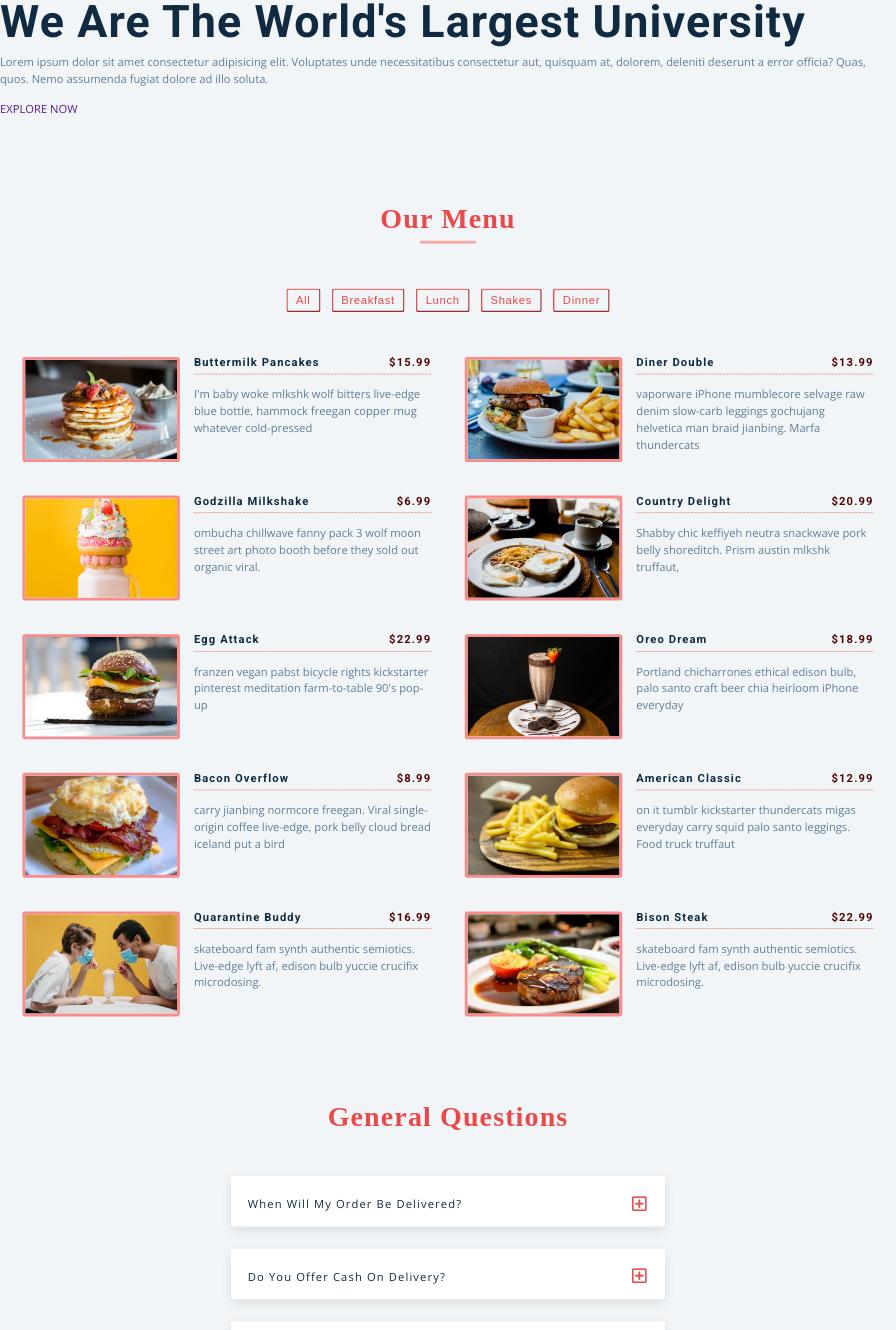
Repository: xoshiraghavx/Food-you
Page: index.html
An editor plug-in stored every save of this project. The page is shown before and after the next save, followed by the edit.
The browser window is 1280 px wide. The pictures show the part of the page from y = 720 to 2620 px (the page is 2973 px tall before and 3327 px after), at 70% of full size.
Some web libraries are served in a nearby version.

Above is the page before, as saved 2022-12-03 09:08:24.
Not found: img/aboutuniversity.jpg

### index.html
<!DOCTYPE html>
<html lang="en">
  <head>
    <meta charset="UTF-8" />
    <meta name="viewport" content="width=device-width, initial-scale=1.0" />
    <title>interior design</title>
    <!-- font-awesome -->
    <link
      rel="stylesheet"
      href="https://cdnjs.cloudflare.com/ajax/libs/font-awesome/5.14.0/css/all.min.css"
    />

    <!-- styles -->
    <link rel="stylesheet" href="styles.css" />
  </head>
  <body>
<nav>
  <div class="nav-center">
    <div class="nav-header">
      <div class="logo-div">
      <img src="./img/logo.png" alt="logo" class="logo">
      <div class="logo-name">
      <p><span id="color"><b>FOOD </b><br><i>& you</i></span></p>
    </div>
    </div>
      <button class="nav-toggle">
        <i class="fas fa-bars"></i>
      </button>
    </div>
    <!-- links -->
    <!-- <ul class="links">

      <li>
        <a href="index.html">home</a>
      </li>
      <li>
    </ul> -->
    <!-- social media -->
    <ul class="social-icons">
      <li>
        <a href="https://www.facebook.com">
          <i class="fab fa-facebook"></i>
        </a>
      </li>
      <li>
        <a href="https://www.twitter.com">
          <i class="fab fa-twitter"></i>
        </a>
      </li>
      <li>
        <a href="https://www.instagram.com">
          <i class="fab fa-instagram"></i>
        </a>
      </li>
      <li>
        <a href="https://www.linkedin.com">
          <i class="fab fa-linkedin"></i>
        </a>
      </li>
      <li>
        <a href="https://www.twitter.com">
          <i class="fab fa-sketch"></i>
        </a>
      </li>
    </ul>
  </div>
</nav>
<header class="hero">
  <div class="banner">
    <h2>Looking for some food!</h2>
    <button class="btn modal-btn">Order Now</button>
  </div>
</header>
<div class="modal-overlay">
  <div class="modal-container">
    <br>
    <h3>Title</h3>
    <p>Lorem ipsum dolor sit amet consectetur adipisicing elit. Illo deleniti eum mollitia distinctio! Nesciunt dolor minima animi esse officia! Recusandae? Lorem ipsum dolor sit amet consectetur, adipisicing elit. Aspernatur, hic.</p>
    <button class="close-btn">
      <i class="fas fa-times"> </i>
    </button>
  </div>
</div>
    <!-- -------about us content---------->
    <section class="about-us">
      <div class="row">
          <div class="about-col">
              <h1>We are the world's largest university</h1>
              <p>Lorem ipsum dolor sit amet consectetur adipisicing elit. Voluptates unde necessitatibus consectetur aut, quisquam at, dolorem, deleniti deserunt a error officia? Quas, quos. Nemo assumenda fugiat dolore ad illo soluta.</p>
              <a href="" class="hero-btn red-btn">EXPLORE NOW</a>
          </div>
          <div class="about-col">
              <img src="../img/aboutuniversity.jpg" alt="">
          </div>
      </div>
  </section>
<section class="menu">
  <div class="title">
    <h2>Our Menu</h2>
    <div class="underline"></div>
  </div>
  <div class="btn-container">
    <!-- <button class="filter-btn" type="button" data-id="all">all</button>
    <button class="filter-btn" type="button"data-id="breakfast">breakfast</button>
    <button class="filter-btn" type="button" data-id="lunch">lunch</button>
    <button class="filter-btn" type="button" data-id="shakes">shakes</button> -->
  </div>
    <div class="section-center">
      <!-- <article class="menu-item">
        <img src="./menu-item.jpeg" class="photo" alt="menu item">
        <div class="item-info">
          <header>
            <h4>buttermilk pancakes</h4>
            <h4 class="price">Rs 600/-</h4>
          </header>
          <p class="item-text">Lorem ipsum, dolor sit amet consectetur adipisicing elit. Dolore totam aliquid ut eius architecto magni cumque explicabo voluptate, repudiandae harum.</p>
        </div>
      </article> -->
    </div>
</section>
<section class="questions">
  <div class="title">
    <h2>general questions</h2>
  </div>
  <div class="question-center">
    <article class="question">
      <div class="question-title">
      <p>When will my order be delivered?</p>
      <button type="button" class="question-btn">
        <span class="plus-icon">
      <i class="far fa-plus-square"></i>
        </span>

        <span class="minus-icon">
      <i class="far fa-minus-square"></i>
        </span>

      </button>
    </div>
    <div class="question-text">
      <p>Estimated delivery are given against each products. While sincere efforts are being made to deliver the products within the given time frame factors like, availability, festive seasons, courier delays are bound to happen. These factors are constantly monitored to keep any inordinate delays under control.</p>
    </div>
    </article>
    <article class="question">
      <div class="question-title">
      <p>Do you offer Cash on Delivery?</p>
      <button type="button" class="question-btn">
        <span class="plus-icon">
      <i class="far fa-plus-square"></i>
        </span>

        <span class="minus-icon">
      <i class="far fa-minus-square"></i>
        </span>

      </button>
    </div>
    <div class="question-text">
      <p>Yes. We offer Cash on Delivery which most of the other websites don't offer.</p>
    </div>
    </article>
    <article class="question">
      <div class="question-title">
      <p>do you use organic indegridents?</p>
      <button type="button" class="question-btn">
        <span class="plus-icon">
      <i class="far fa-plus-square"></i>
        </span>

        <span class="minus-icon">
      <i class="far fa-minus-square"></i>
        </span>

      </button>
    </div>
    <div class="question-text">
      <p>We deliver the products that are fresh and systems are kept in place to source the best products and safely consign them to you. We don't stock the products but place once we receive orders.</p>
    </div>
    </article>
  </div>
</section>
<!-- --------footer--------- -->
<section class="footer">
  <h4 id="color">Food & you</h4>
  <p>Fulfill your comfort food cravings here.</p>
  <ul class="icons">
    <li>
      <a href="https://www.facebook.com">
        <i class="fab fa-facebook"></i>
      </a>
    </li>
    <li>
      <a href="https://www.twitter.com">
        <i class="fab fa-twitter"></i>
      </a>
    </li>
    <li>
      <a href="https://www.instagram.com">
        <i class="fab fa-instagram"></i>
      </a>
    </li>
    <li>
      <a href="https://www.linkedin.com">
        <i class="fab fa-linkedin"></i>
      </a>
    </li>
  </ul>
  <p>Made by <b id="color">oshi Raghav</b></p>
</section>
<!-- javascript -->
    <script src="app.js"></script>
  </body>
</html>

### styles.css
/*
===============
Fonts
===============
*/
@import url('https://fonts.googleapis.com/css?family=Open+Sans|Roboto:400,700&display=swap');

/*
===============
Variables
===============
*/

:root {
  /* dark shades of primary color*/
  --clr-primary-1: hsl(0, 86%, 17%);
  --clr-primary-2: hsl(0, 77%, 27%);
  --clr-primary-3: hsl(0, 72%, 37%);
  --clr-primary-4: hsl(0, 63%, 48%);
  /* primary/main color */
  --clr-primary-5: hsl(0, 78%, 60%);
  /* lighter shades of primary color */
  --clr-primary-6: hsl(0, 90%, 70%);
  --clr-primary-7: hsl(0, 90%, 76%);
  --clr-primary-8: hsl(0, 86%, 81%);
  --clr-primary-9: hsl(0, 90%, 88%);
  --clr-primary-10: hsl(0, 100%, 96%);
  /* darkest grey - used for headings */
  --clr-grey-1: hsl(209, 61%, 16%);
  --clr-grey-2: hsl(211, 39%, 23%);
  --clr-grey-3: hsl(209, 34%, 30%);
  --clr-grey-4: hsl(209, 28%, 39%);
  /* grey used for paragraphs */
  --clr-grey-5: hsl(210, 22%, 49%);
  --clr-grey-6: hsl(209, 23%, 60%);
  --clr-grey-7: hsl(211, 27%, 70%);
  --clr-grey-8: hsl(210, 31%, 80%);
  --clr-grey-9: hsl(212, 33%, 89%);
  --clr-grey-10: hsl(210, 36%, 96%);
  --clr-white: #fff;
  --clr-red-dark: hsl(360, 67%, 44%);
  --clr-red-light: hsl(360, 71%, 66%);
  --clr-green-dark: hsl(125, 67%, 44%);
  --clr-green-light: hsl(125, 71%, 66%);
  --clr-black: #222;
  --ff-primary: 'Roboto', sans-serif;
  --ff-secondary: 'Open Sans', sans-serif;
  --transition: all 0.3s linear;
  --spacing: 0.1rem;
  --radius: 0.25rem;
  --light-shadow: 0 5px 15px rgba(0, 0, 0, 0.1);
  --dark-shadow: 0 5px 15px rgba(0, 0, 0, 0.2);
  --max-width: 1170px;
  --fixed-width: 620px;
}
/*
===============
Global Styles
===============
*/

*,
::after,
::before {
  margin: 0;
  padding: 0;
  box-sizing: border-box;
}
body {
  font-family: var(--ff-secondary);
  background: var(--clr-grey-10);
  color: var(--clr-grey-1);
  line-height: 1.5;
  font-size: 0.875rem;
}
ul {
  list-style-type: none;
}
a {
  text-decoration: none;
}
img:not(.logo) {
  width: 100%;
}
img {
  display: block;
}
h1,
h2,
h3,
h4 {
  letter-spacing: var(--spacing);
  text-transform: capitalize;
  line-height: 1.25;
  margin-bottom: 0.75rem;
  font-family: var(--ff-primary);
}
h1 {
  font-size: 3rem;
}
h2 {
  font-size: 2rem;
}
h3 {
  font-size: 1.25rem;
}
h4 {
  font-size: 0.875rem;
}
p {
  margin-bottom: 1.25rem;
  color: var(--clr-grey-5);
}
@media screen and (min-width: 800px) {
  h1 {
    font-size: 4rem;
  }
  h2 {
    font-size: 2.5rem;
  }
  h3 {
    font-size: 1.75rem;
  }
  h4 {
    font-size: 1rem;
  }
  body {
    font-size: 1rem;
  }
  h1,
  h2,
  h3,
  h4 {
    line-height: 1;
  }
}
/*  global classes */
.btn {
  text-transform: uppercase;
  background: transparent;
  color: var(--clr-black);
  padding: 0.375rem 0.75rem;
  letter-spacing: var(--spacing);
  display: inline-block;
  transition: var(--transition);
  font-size: 0.875rem;
  border: 2px solid var(--clr-black);
  cursor: pointer;
  box-shadow: 0 1px 3px rgba(0, 0, 0, 0.2);
  border-radius: var(--radius);
}
.btn:hover {
  color: var(--clr-white);
  background: var(--clr-black);
}
/* section */
.section {
  padding: 5rem 0;
}


@media screen and (min-width: 992px) {
  .section-center .question-center {
    width: 95vw;
  }
}
main {
  min-height: 100vh;
  display: grid;
  place-items: center;
}

/*
===============
Navbar
===============
*/
nav {
  background: var(--clr-white);
  box-shadow: var(--light-shadow);
  position: fixed;
  width: 100%;
}
.nav-header {
  display: flex;
  align-items: center;
  justify-content: space-between;
  padding: 1rem;
}
.nav-toggle {
  font-size: 1.5rem;
  color: var(--clr-primary-5);
  background: transparent;
  border-color: transparent;
  transition: var(--transition);
  cursor: pointer;
}
.nav-toggle:hover {
  color: var(--clr-primary-1);
  transform: rotate(90deg);
}
.logo-div{
  display: flex;
}
.logo {
  height: 90px;
  width: 90px;
}
.logo-name{
  margin-top: 20px;
}
#color{
  color: var(--clr-red-dark);

}
/* .links a {
  color: var(--clr-grey-3);
  font-size: 1rem;
  text-transform: capitalize;
  letter-spacing: var(--spacing);
  display: block;
  padding: 0.5rem 1rem;
  transition: var(--transition);
}
.links a:hover {
  background: var(--clr-primary-8);
  color: var(--clr-primary-5);
  padding-left: 1.5rem;
} */
.social-icons {
  display: none;
}
/* .links {
  height: 0;
  overflow: hidden;
  transition: var(--transition);
} */
.show-links {
  height: 10rem;
}
@media screen and (min-width: 800px) {
  .nav-center {
    max-width: 1170px;
    margin: 0 auto;
    display: flex;
    align-items: center;
    justify-content: space-between;
    padding: 1rem;
  }
  .nav-header {
    padding: 0;
  }
  .nav-toggle {
    display: none;
  }
  /* .links {
    height: auto;
    display: flex;
  }
  .links a {
    padding: 0;
    margin: 0 0.5rem;
  }
  .links a:hover {
    padding: 0;
    background: transparent;
  } */

  .social-icons {
    display: flex;
  }
  .social-icons a {
    margin: 0 0.5rem;
    color: var(--clr-primary-4);
    transition: var(--transition);
  }
  .social-icons a:hover {
    color: var(--clr-primary-7);
  }
}
/* modal css  */
.hero {
  height: 100vh;
  background: linear-gradient(rgba(4, 9, 30, 0.421),rgba(4, 9, 30, 0.421)),url("https://discovertemplate.com/wp-content/uploads/2020/11/DT_G62_Food-drink-Animated-GIF-Icon-Pack.gif") center/cover no-repeat;
  display: grid;
  place-items: center;
}
.banner {
  background: var(--clr-white);
  padding: 4rem 0;
  border-radius: var(--radius);
  box-shadow: var(--light-shadow);
  text-align: center;
  width: 90vw;
  max-width: var(--fixed-width);
}
.modal-btn {
  margin-top: 2rem;
  background: var(--clr-primary-5);
  border-color: var(--clr-primary-5);
  color: var(--clr-white);
}
.modal-btn:hover {
  background: transparent;
  color: var(--clr-primary-5);
}
.modal-overlay {
  position: fixed;
  top: 0;
  left: 0;
  width: 100%;
  height: 100%;
  background: hsla(209, 61%, 16%, 0.77);
  display: grid;
  place-items: center;
  transition: var(--transition);
  visibility: hidden;
  z-index: -10;
}
/* OPEN/CLOSE MODAL */
.open-modal {
  visibility: visible;
  z-index: 10;
}
.modal-container {
  background: var(--clr-white);
  border-radius: var(--radius);
  width: 90vw;
  height: 30vh;
  max-width: var(--fixed-width);
  text-align: center;
  display: grid;
  place-items: center;
  position: relative;
}
.close-btn {
  position: absolute;
  top: 1rem;
  right: 1rem;
  font-size: 2rem;
  background: transparent;
  border-color: transparent;
  color: var(--clr-red-dark);
  cursor: pointer;
  transition: var(--transition);
}
.close-btn:hover {
  color: var(--clr-red-light);
  transform: scale(1.3);
}
/* menu css */

.menu {
  padding: 1rem 0;
}
.title {
  text-align: center;
  margin-bottom: 2rem;
}
.underline {
  width: 5rem;
  height: 0.25rem;
  background: var(--clr-primary-8);
  margin-left: auto;
  margin-right: auto;
}
.btn-container {
  margin-bottom: 4rem;
  display: flex;
  justify-content: center;
}
.filter-btn {
  background: transparent;
  border-color: var(--clr-primary-5);
  font-size: 1rem;
  text-transform: capitalize;
  margin: 0 0.5rem;
  letter-spacing: 1px;
  border-radius: var(--radius);
  padding: 0.375rem 0.75rem;
  color: var(--clr-primary-5);
  cursor: pointer;
  transition: var(--transition);
}
.filter-btn:hover {
  background: var(--clr-primary-5);
  color: var(--clr-white);
}
.section-center .question-center{
  width: 90vw;
  max-width: 1170px;
}
.section-center{
  display: grid;
  margin: 0 auto;
  gap: 3rem 3rem;
  justify-items: center;
}
.menu-item {
  display: grid;
  gap: 1rem 2rem;
  max-width: 25rem;
}
.photo {
  object-fit: cover;
  height: 200px;
  border: 0.25rem solid var(--clr-primary-7);
  border-radius: var(--radius);
}
.item-info header {
  display: flex;
  justify-content: space-between;
  border-bottom: 0.5px dotted var(--clr-primary-5);
}
.item-info h4 {
  margin-bottom: 0.5rem;
}
.price {
  color: var(--clr-primary-1);
}
.item-text {
  margin-bottom: 0;
  padding-top: 1rem;
}

@media screen and (min-width: 768px) {
  .menu-item {
    grid-template-columns: 225px 1fr;
    gap: 0 1.25rem;
    max-width: 40rem;
  }
  .photo {
    height: 175px;
  }
}
@media screen and (min-width: 1200px) {
  .section-center {
    width: 95vw;
    grid-template-columns: 1fr 1fr;
  }
  .photo {
    height: 150px;
  }
}

/*
===============
Questions
===============
*/
.title {
  margin-top: 15vh;
  margin-bottom: 4rem;
}
.title h2 {
  color: var(--clr-primary-5);
  font-family: "Great Vibes", cursive;
  text-align: center;
}
.question-center {
  max-width: var(--fixed-width);
  margin: 0 auto;
}
.question {
  background: var(--clr-white);
  border-radius: var(--radius);
  box-shadow: var(--light-shadow);
  padding: 1.5rem 1.5rem 0 1.5rem;
  margin-bottom: 2rem;
}
.question-title {
  display: flex;
  justify-content: space-between;
  align-items: center;
  text-transform: capitalize;
  padding-bottom: 1rem;
}
.question-title p {
  margin-bottom: 0;
  letter-spacing: var(--spacing);
  color: var(--clr-grey-1);
}
.question-btn {
  font-size: 1.5rem;
  background: transparent;
  border-color: transparent;
  cursor: pointer;
  color: var(--clr-primary-5);
  transition: var(--transition);
}
.question-btn:hover {
  transform: rotate(90deg);
}
.question-text {
  padding: 1rem 0 1.5rem 0;
  border-top: 1px solid rgba(0, 0, 0, 0.2);
}
.question-text p {
  margin-bottom: 0;
}
/* hide text */
.question-text {
  display: none;
}
.show-text .question-text {
  display: block;
}
.minus-icon {
  display: none;
}
.show-text .minus-icon {
  display: inline;
}
.show-text .plus-icon {
  display: none;
}
/* ---------footer----------- */
.footer{
  width: 100%;
  text-align: center;
  padding: 30px 0;
  background: var(--clr-primary-10);
}
.footer h4{
  margin-bottom: 25px;
  margin-top: 20px;
  font-weight: 600;
}
.icons{
  display: flex;
  flex-direction: row;
  justify-content: center;
  align-items: center;
}
.icons .fab{
  color: var(--clr-primary-5);
  margin: 0 13px;
  cursor: pointer;
  padding: 18px 0;
}

### app.js
// // classList - shows/gets all classes
// // contains - checks classList for specific class
// // add - add class
// // remove - remove class
// // toggle - toggles class

const navToggle = document.querySelector(".nav-toggle");
const links = document.querySelector(".links");

navToggle.addEventListener('click', () =>{
    links.classList.toggle("show-links")
})


// // modal js

const modalBtn = document.querySelector(".modal-btn");
const modal      = document.querySelector(".modal-overlay");
const closeBtn = document.querySelector(".close-btn");

modalBtn.addEventListener('click',() =>{
    modal.classList.add('open-modal');
})
closeBtn.addEventListener('click',() =>{
    modal.classList.remove('open-modal');
})
//menu
const menu = [
    {
      id: 1,
      title: "buttermilk pancakes",
      category: "breakfast",
      price: 15.99,
      img: "./img/item-1.jpeg",
      desc: `I'm baby woke mlkshk wolf bitters live-edge blue bottle, hammock freegan copper mug whatever cold-pressed `,
    },
    {
      id: 2,
      title: "diner double",
      category: "lunch",
      price: 13.99,
      img: "./img/item-2.jpeg",
      desc: `vaporware iPhone mumblecore selvage raw denim slow-carb leggings gochujang helvetica man braid jianbing. Marfa thundercats `,
    },
    {
      id: 3,
      title: "godzilla milkshake",
      category: "shakes",
      price: 6.99,
      img: "./img/item-3.jpeg",
      desc: `ombucha chillwave fanny pack 3 wolf moon street art photo booth before they sold out organic viral.`,
    },
    {
      id: 4,
      title: "country delight",
      category: "breakfast",
      price: 20.99,
      img: "./img/item-4.jpeg",
      desc: `Shabby chic keffiyeh neutra snackwave pork belly shoreditch. Prism austin mlkshk truffaut, `,
    },
    {
      id: 5,
      title: "egg attack",
      category: "lunch",
      price: 22.99,
      img: "./img/item-5.jpeg",
      desc: `franzen vegan pabst bicycle rights kickstarter pinterest meditation farm-to-table 90's pop-up `,
    },
    {
      id: 6,
      title: "oreo dream",
      category: "shakes",
      price: 18.99,
      img: "./img/item-6.jpeg",
      desc: `Portland chicharrones ethical edison bulb, palo santo craft beer chia heirloom iPhone everyday`,
    },
    {
      id: 7,
      title: "bacon overflow",
      category: "breakfast",
      price: 8.99,
      img: "./img/item-7.jpeg",
      desc: `carry jianbing normcore freegan. Viral single-origin coffee live-edge, pork belly cloud bread iceland put a bird `,
    },
    {
      id: 8,
      title: "american classic",
      category: "lunch",
      price: 12.99,
      img: "./img/item-8.jpeg",
      desc: `on it tumblr kickstarter thundercats migas everyday carry squid palo santo leggings. Food truck truffaut  `,
    },
    {
      id: 9,
      title: "quarantine buddy",
      category: "shakes",
      price: 16.99,
      img: "./img/item-9.jpeg",
      desc: `skateboard fam synth authentic semiotics. Live-edge lyft af, edison bulb yuccie crucifix microdosing.`,
    },
    {
      id: 10,
      title: "bison steak",
      category: "dinner",
      price: 22.99,
      img: "./img/item-10.jpeg",
      desc: `skateboard fam synth authentic semiotics. Live-edge lyft af, edison bulb yuccie crucifix microdosing.`,
    },
  ];
  // get parent element
  const sectionCenter = document.querySelector(".section-center");
  const btnContainer = document.querySelector(".btn-container");
  // display all items when page loads
  window.addEventListener("DOMContentLoaded", function () {
    diplayMenuItems(menu);
    displayMenuButtons();
  });

  function diplayMenuItems(menuItems) {
    let displayMenu = menuItems.map(function (item) {
      // console.log(item);

      return `<article class="menu-item">
            <img src=${item.img} alt=${item.title} class="photo" />
            <div class="item-info">
              <header>
                <h4>${item.title}</h4>
                <h4 class="price">$${item.price}</h4>
              </header>
              <p class="item-text">
                ${item.desc}
              </p>
            </div>
          </article>`;
    });
    displayMenu = displayMenu.join("");
    // console.log(displayMenu);

    sectionCenter.innerHTML = displayMenu;
  }
  function displayMenuButtons() {
    const categories = menu.reduce(
      function (values, item) {
        if (!values.includes(item.category)) {
          values.push(item.category);
        }
        return values;
      },
      ["all"]
    );
    const categoryBtns = categories
      .map(function (category) {
        return `<button type="button" class="filter-btn" data-id=${category}>
            ${category}
          </button>`;
      })
      .join("");

    btnContainer.innerHTML = categoryBtns;
    const filterBtns = btnContainer.querySelectorAll(".filter-btn");
    // console.log(filterBtns);

    filterBtns.forEach(function (btn) {
      btn.addEventListener("click", function (e) {
        // console.log(e.currentTarget.dataset);
        const category = e.currentTarget.dataset.id;
        const menuCategory = menu.filter(function (menuItem) {
          // console.log(menuItem.category);
          if (menuItem.category === category) {
            return menuItem;
          }
        });
        if (category === "all") {
          diplayMenuItems(menu);
        } else {
          diplayMenuItems(menuCategory);
        }
      });
    });
  }




// //questions css

const btns = document.querySelectorAll(".question-btn");

btns.forEach(function (btn) {
    btn.addEventListener('click', function (e) {
        const question =( e.currentTarget.parentElement.parentElement);
        question.classList.toggle("show-text");
    });
});

After the next save:
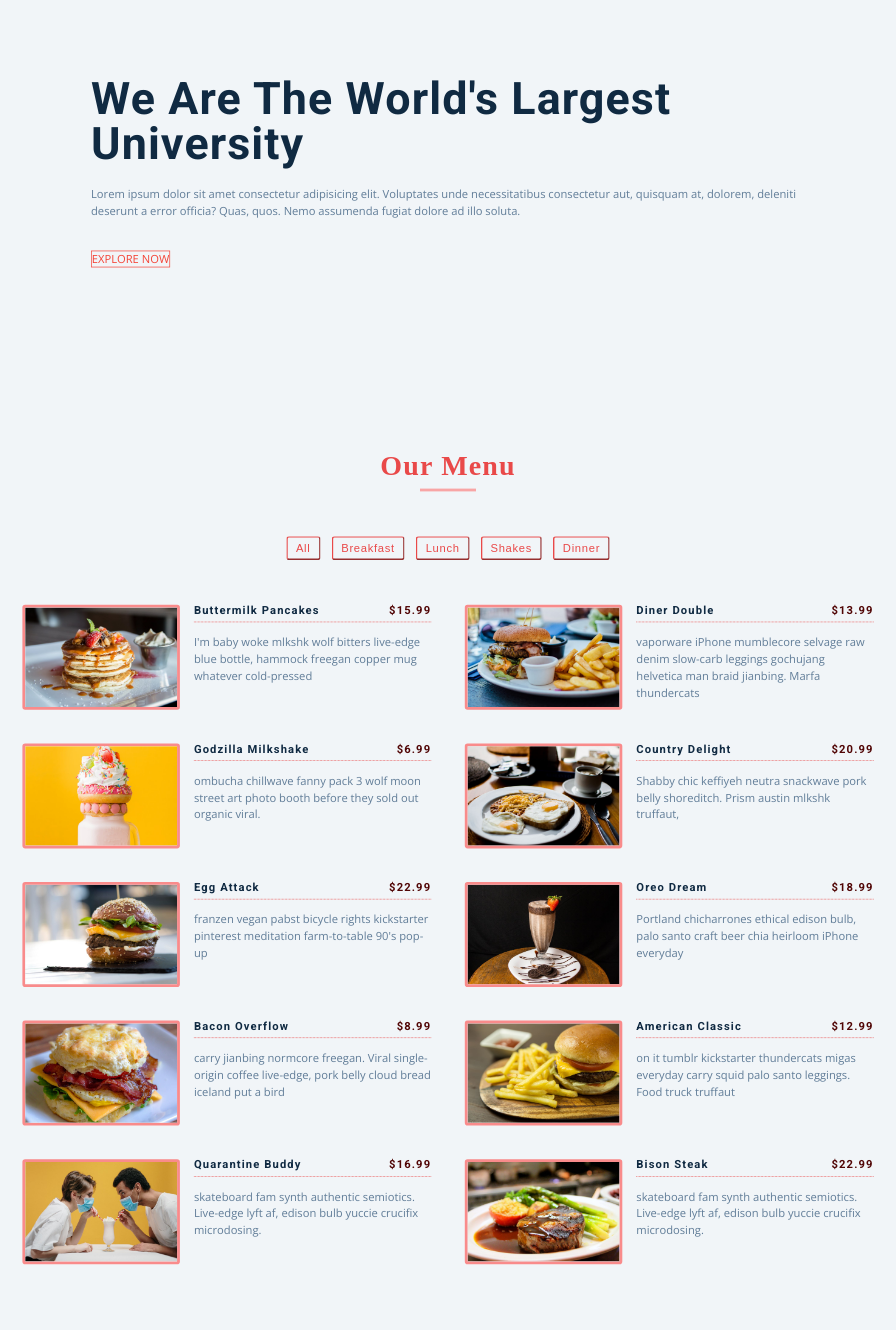
Saved 63 s later.
--- a/styles.css
+++ b/styles.css
@@ -538,3 +538,43 @@ Questions
   cursor: pointer;
   padding: 18px 0;
 }
+/* -------about us page------- */
+.sub-header{
+  height: 50vh;
+  width: 100%;
+  background-image: linear-gradient(rgba(4,9,30,0.7),rgba(4,9,30,0.7)),url(../img/scholors.jpg);
+  background-position: center;
+  background-size: cover;
+  text-align: center;
+  color: #fff;
+}
+.sub-header h1{
+  margin-top: 100px;
+}
+.about-us{
+  width: 80%;
+  margin: auto;
+  padding-top: 80px;
+  padding-bottom: 50px;
+}
+.about-col{
+  flex-basis: 48%;
+  padding: 30px 2px;
+}
+.about-col img{
+  width: 100%;
+}
+.about-col h1{
+  padding-top: 0;
+}
+.about-col p{
+  padding: 15px 0 25px;
+}
+.red-btn{
+  border: 1px solid #f44336;
+  background: transparent;
+  color: #f44336;
+}
+.red-btn:hover{
+  color: #fff;
+}
